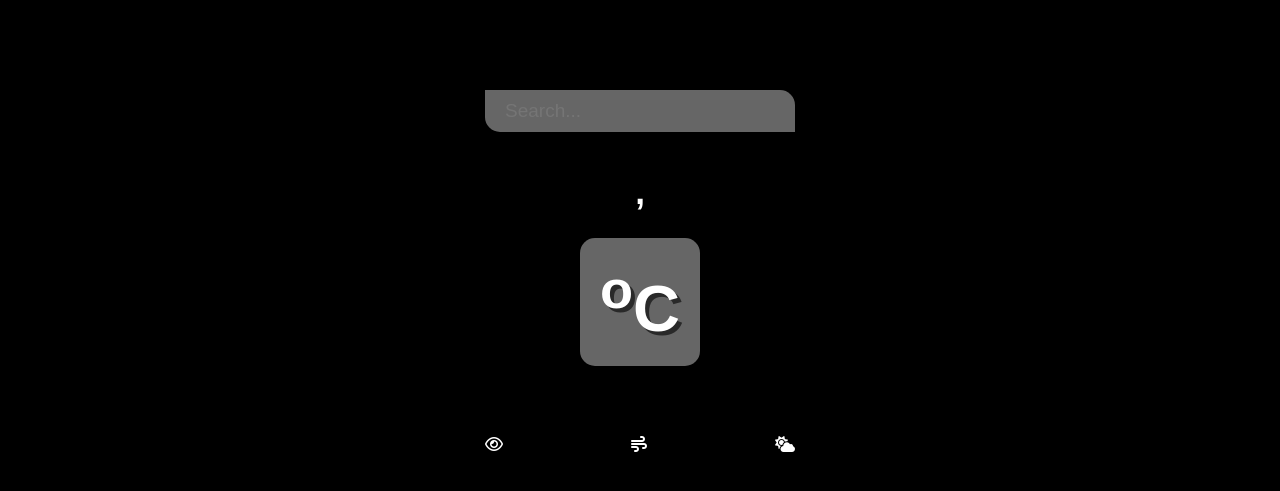
Repository: HoanTiny/30projects-30day
Page: Day 9/index.html
The author's editor kept a copy of each file at every save. The page is drawn from the files as they stood at one save, then again after the next save.
The browser window is 1280 px wide. The pictures show the whole page.
The page's requests for data from a server got no answer.

Above is the page before, as saved 2021-12-10 15:33:35.

### Day 9/index.html
<!DOCTYPE html>
<html lang="en">
    <head>
        <meta charset="UTF-8" />
        <meta http-equiv="X-UA-Compatible" content="IE=edge" />
        <meta name="viewport" content="width=device-width, initial-scale=1.0" />
        <title>Weather App</title>

        <link
            rel="stylesheet"
            href="https://cdnjs.cloudflare.com/ajax/libs/font-awesome/6.0.0-beta2/css/all.min.css"
            integrity="sha512-YWzhKL2whUzgiheMoBFwW8CKV4qpHQAEuvilg9FAn5VJUDwKZZxkJNuGM4XkWuk94WCrrwslk8yWNGmY1EduTA=="
            crossorigin="anonymous"
            referrerpolicy="no-referrer"
        />
        <link rel="stylesheet" href="./style.css" />
    </head>
    <body>
        <div id="weather">
            <input type="text" placeholder="Search..." class="input-search" />
            <div class="content">
                <h1 class="name">
                    <span class="city"></span>
                    <span>,</span>
                    <span class="country"></span>
                </h1>
                <p class="time"></p>
                <div class="temperature">
                    <span class="value"></span>
                    <span><sup>o</sup>C</span>
                </div>
                <div class="short-desc"></div>
                <div class="more-desc">
                    <div class="visibility">
                        <i class="far fa-eye"></i>
                        <span></span>
                    </div>
                    <div class="wind">
                        <i class="fas fa-wind"></i>
                        <span></span>
                    </div>
                    <div class="cloud">
                        <i class="fas fa-cloud-sun"></i>
                        <span></span>
                    </div>
                </div>
            </div>
        </div>

        <script src="app.js"></script>
    </body>
</html>

### Day 9/style.css
* {
    padding: 0;
    margin: 0;
    box-sizing: border-box;
    font-family: sans-serif;
}

body {
    height: 100vh;
    overflow: hidden;
    display: flex;
    align-items: center;
    justify-content: center;
    background-color: #000;
}

body.hot {
    background: linear-gradient(to bottom, rgba(0, 0, 0, 0.7), rgba(0, 0, 0, 1)),
        url("https://rawcdn.githack.com/namndwebdev/html-css-js-thuc-chien/main/Weather%20App/hot.png") no-repeat
            center/cover;
}

body.hot #weather {
    background-image: url("https://rawcdn.githack.com/namndwebdev/html-css-js-thuc-chien/main/Weather%20App/hot.png");
}

body.cold {
    background: linear-gradient(to bottom, rgba(0, 0, 0, 0.7), rgba(0, 0, 0, 1)),
        url("https://rawcdn.githack.com/namndwebdev/html-css-js-thuc-chien/main/Weather%20App/cold.png") no-repeat
            center/cover;
}

body.cold #weather {
    background-image: url("https://rawcdn.githack.com/namndwebdev/html-css-js-thuc-chien/main/Weather%20App/cold.png");
}

#weather {
    min-width: 350px;
    height: 600px;
    background: no-repeat center/cover;
    text-align: center;
    padding: 30px 20px;
    border-radius: 10px;
    transition: 0.4s;
}

#weather input {
    padding: 10px 20px;
    background-color: rgba(255, 255, 255, 0.4);
    font-size: 19px;
    box-shadow: 0 5px 4px rgba(0, 0, 0, 0.2);
    border: none;
    outline: none;
    border-radius: 0px 15px 0 15px;
    margin-bottom: 40px;
    width: 100%;
    transition: 0.4s;
}

#weather input:focus {
    background-color: rgba(255, 255, 255, 0.8);
    border-radius: 15px 0 15px 0;
}

#weather .content {
    color: white;
}

#weather .content .name {
    white-space: nowrap;
    font-size: 35px;
    text-shadow: 2px 2px rgba(0, 0, 0, 0.5);
}

#weather .content .time {
    font-size: 15px;
    margin: 6px 0;
}

#weather .content .temperature {
    font-size: 65px;
    text-shadow: 4px 4px rgba(0, 0, 0, 0.6);
    display: inline-block;
    padding: 20px;
    background-color: rgba(255, 255, 255, 0.4);
    border-radius: 15px;
    box-shadow: 2px 2px 0 2px rgba(0, 0, 0, 0.5);
    margin: 20px 0 30px;
    font-weight: 800;
}

#weather .content .short-desc {
    font-size: 40px;
    font-weight: 600;
    text-shadow: 3px 3px rgba(0, 0, 0, 0.4);
}

#weather .content .more-desc {
    display: flex;
    align-items: center;
    justify-content: space-between;
    margin-top: 40px;
}

#weather .content .more-desc > div {
    font-size: 16px;
    display: flex;
    flex-direction: column;
}

#weather .content .more-desc > div span {
    margin-top: 15px;
}

### Day 9/app.js
const input = document.querySelector(".input-search");

const city = document.querySelector(".name .city");
const country = document.querySelector(".name .country");

const time = document.querySelector(".time");
const temperature = document.querySelector(".temperature .value");
const shortDesc = document.querySelector(".short-desc");

const visibility = document.querySelector(".visibility span");
const wind = document.querySelector(".wind span");
const cloud = document.querySelector(".cloud span");

function changeWeatherUI(weather) {
    city.innerHTML = weather.name;
    country.innerHTML = weather.sys.country;
    time.innerHTML = new Date().toLocaleString();
    temperature.innerHTML = weather.main.temp;
    shortDesc.innerHTML = weather.weather[0].main;
    if (shortDesc.value < 23) {
        document.body.classList.add("cold");
    }
}

input.addEventListener("keyup", (e) => {
    if (e.keyCode === 13) {
        getWeather(e.target.value);
    }
});

async function getWeather(input) {
    const url = `https://api.openweathermap.org/data/2.5/weather?q=${input}&units=metric&appid=d78fd1588e1b7c0c2813576ba183a667`;
    fetch(url)
        .then((response) => response.json())
        .then((weather) => changeWeatherUI(weather));
    // const res = await fetch(url);
    // const weather = await res.json();

    // changeWeatherUI(weather);
}

getWeather("Ha Noi");

After the next save:
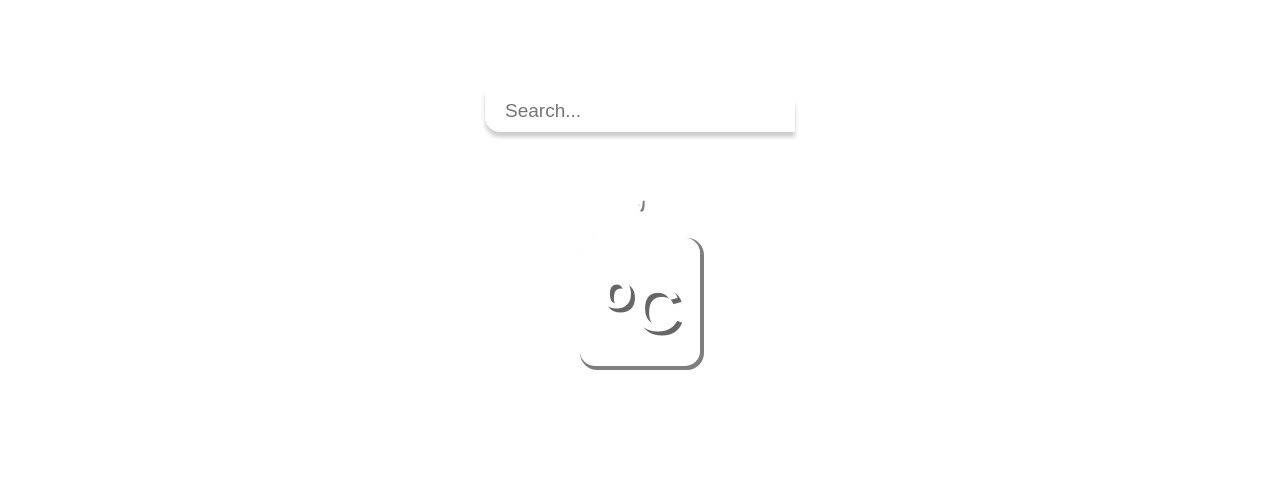
Saved 11 s later.
--- a/Day 9/style.css
+++ b/Day 9/style.css
@@ -11,7 +11,6 @@ body {
     display: flex;
     align-items: center;
     justify-content: center;
-    background-color: #000;
 }
 
 body.hot {
